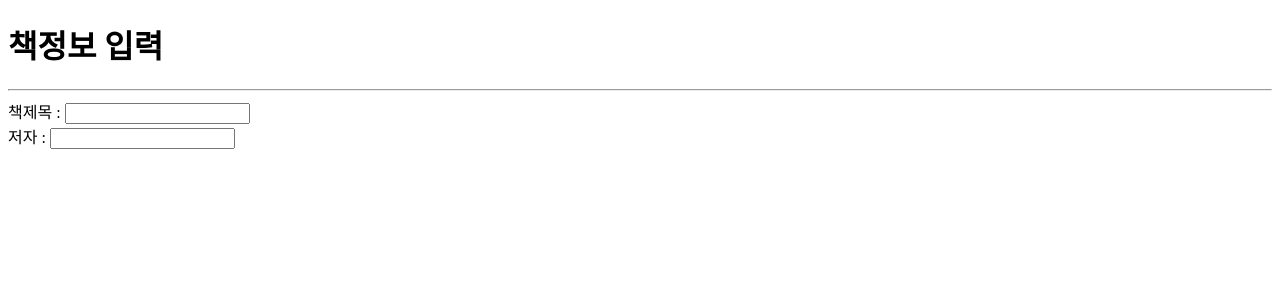
Repository: fhwang2/WEB
Page: 190710_JSP_withDB/WebContent/inputForm.html
An editor plug-in stored every save of this project. The page is shown before and after the next save, followed by the edit.
The browser window is 1280 px wide. The pictures show the whole page.

Above is the page before, as saved 2019-07-10 01:18:11.

### 190710_JSP_withDB/WebContent/inputForm.html
<!DOCTYPE html>
<html>
<head>
<meta charset="UTF-8">
<title>Insert title here</title>
</head>
<body>
	<h1>책정보 입력</h1>
	<hr>
	<form>
		책제목 : <input type="text" name="title"><br>  <!-- jsp에서는 name으로 id 지정 -->
		저자 : <input type="text" name="author"><br>

	</form>
</body>
</html>

After the next save:
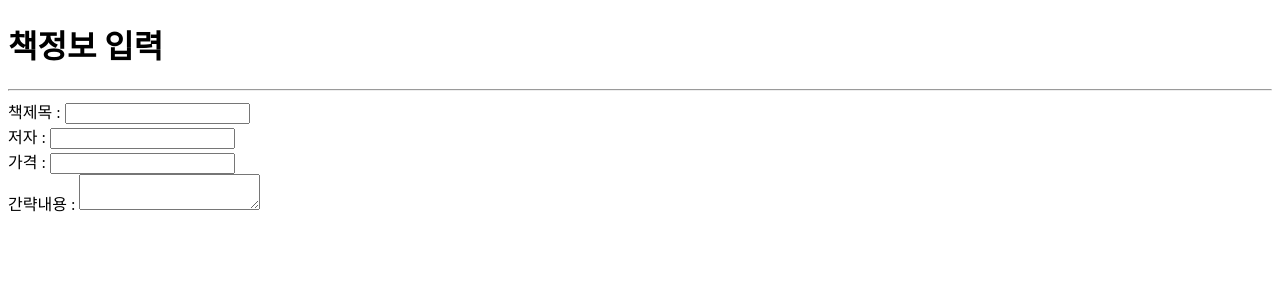
Saved 2 min 29 s later.
--- a/190710_JSP_withDB/WebContent/inputForm.html
+++ b/190710_JSP_withDB/WebContent/inputForm.html
@@ -10,6 +10,8 @@
 	<form>
 		책제목 : <input type="text" name="title"><br>  <!-- jsp에서는 name으로 id 지정 -->
 		저자 : <input type="text" name="author"><br>
+		가격 : <input type="text" name="price"><br>
+		간략내용 : <textarea rows="" cols=""></textarea>
 
 	</form>
 </body>
